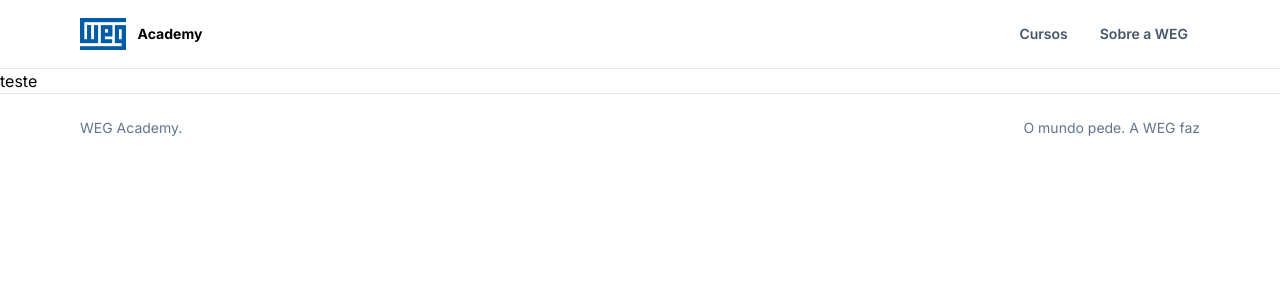
Repository: gustavoheckESTUDANTE/prova-next-mi79
Page: /sobre
An editor plug-in stored every save of this project. The page is shown before and after the next save, followed by the edit.
The browser window is 1280 px wide. The pictures show the whole page.
The project was rebuilt for these pictures with package versions that can differ from the ones it lists, and the page was loaded fresh each time. The framework's server and built-in components were replaced by stand-ins that run in the browser. Also part of the build but not shown: next.config.mjs.

Above is the page before, as saved 2026-07-10 08:09:23.

After the next save:
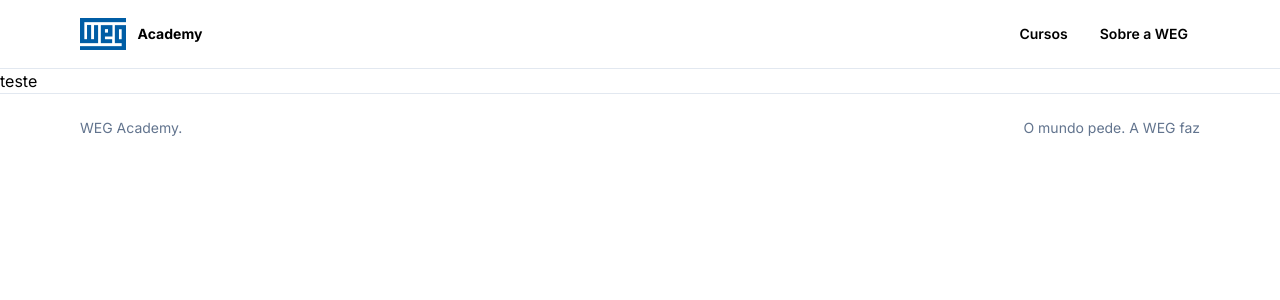
Saved 57 s later.
--- a/src/components/shared/Header.js
+++ b/src/components/shared/Header.js
@@ -35,7 +35,7 @@
                         <span className="text-sm font-bold text-weg-dark">Academy</span>
                 </a>
 
-                <nav className="flex items-center gap-2 text-sm font-semibold text-slate-600" aria-label="Navegação principal">
+                <nav className="flex items-center gap-2 text-sm font-semibold" aria-label="Navegação principal">
                     <a href="/" onClick={() => setButtonState(buttonNavStates.COURSES)} className={"rounded-full px-3 py-2 " + cursosButtonClassName}>Cursos</a>
                     <a href="sobre" onClick={() => setButtonState(buttonNavStates.ABOUT)} className={"rounded-full px-3 py-2 " + aboutButtonClassName}>Sobre a WEG</a>
                 </nav>

After the save that followed:
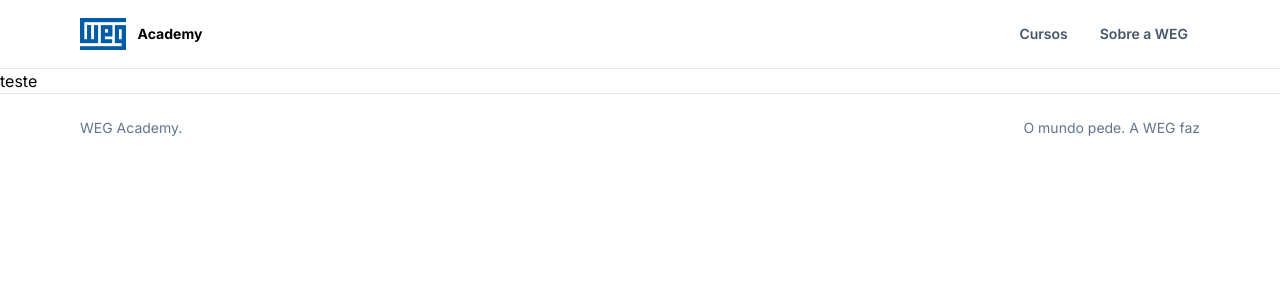
Saved 7 s later.
--- a/src/components/shared/Header.js
+++ b/src/components/shared/Header.js
@@ -35,7 +35,7 @@
                         <span className="text-sm font-bold text-weg-dark">Academy</span>
                 </a>
 
-                <nav className="flex items-center gap-2 text-sm font-semibold" aria-label="Navegação principal">
+                <nav className="flex items-center gap-2 text-sm font-semibold text-slate-600" aria-label="Navegação principal">
                     <a href="/" onClick={() => setButtonState(buttonNavStates.COURSES)} className={"rounded-full px-3 py-2 " + cursosButtonClassName}>Cursos</a>
                     <a href="sobre" onClick={() => setButtonState(buttonNavStates.ABOUT)} className={"rounded-full px-3 py-2 " + aboutButtonClassName}>Sobre a WEG</a>
                 </nav>
